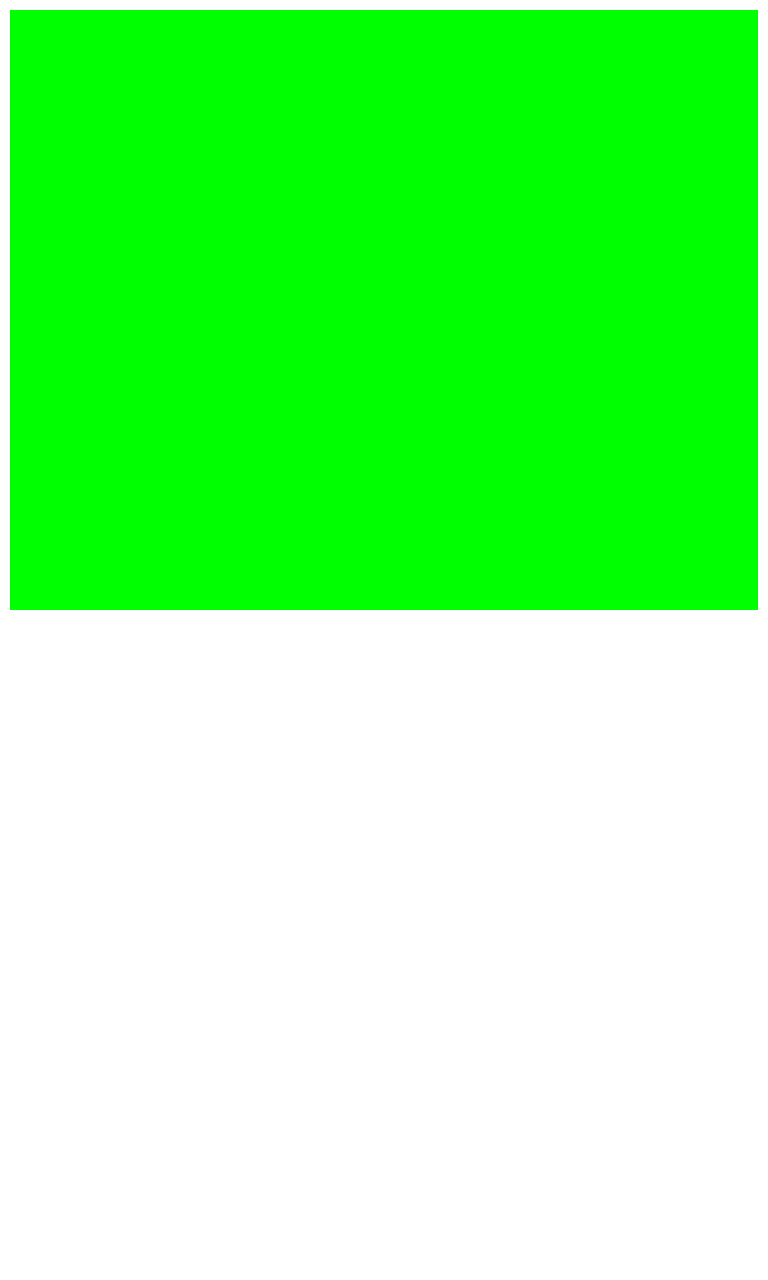
Repository: gyshankar/android
Layout: Test4/res/layout/activity_main.xml
The author's editor kept a copy of each file at every save. The layout is drawn from the files as they stood at one save, then again after the next save.
It is drawn on a 768 x 1280 px phone screen (xhdpi) without system bars, with theme AppTheme; the app's code is not run. Lists and similar views that code fills are empty.

Above is the layout before, as saved 2014-04-20 05:15:23.

After the next save:
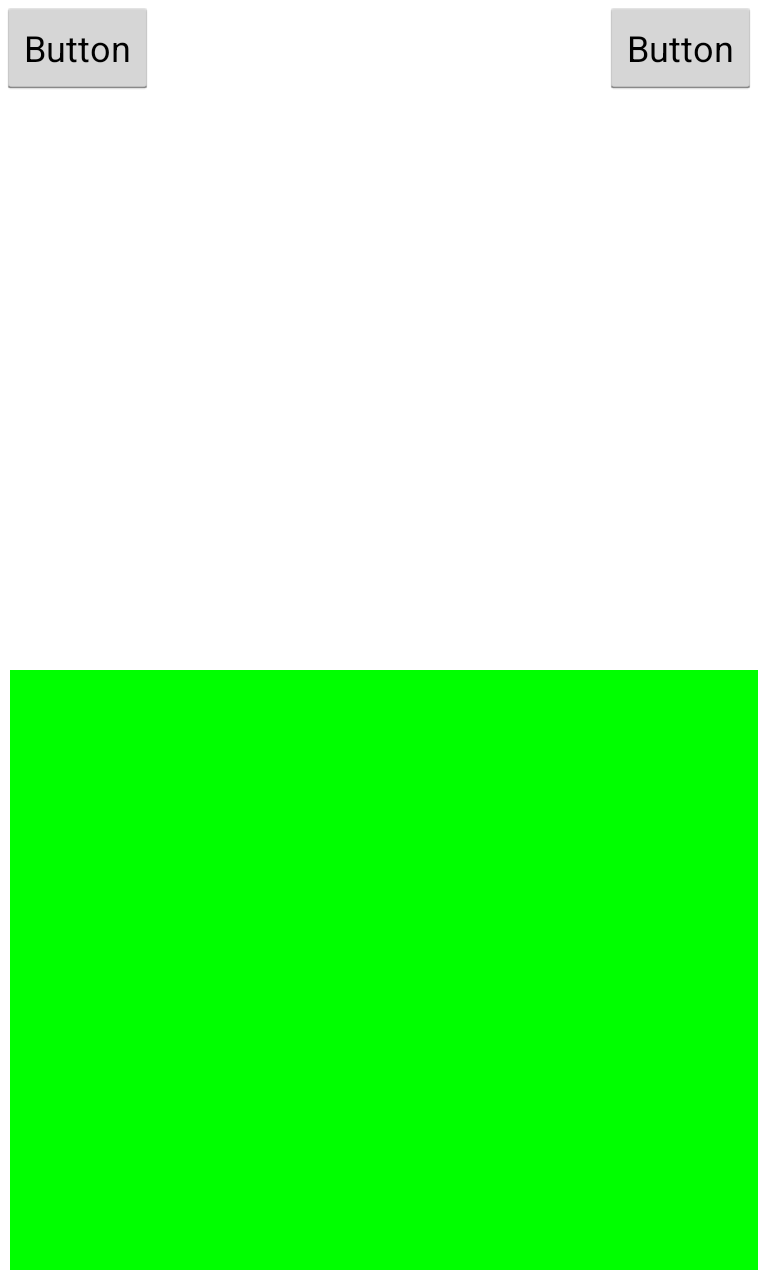
Saved 57 s later.
--- a/Test4/res/layout/activity_main.xml
+++ b/Test4/res/layout/activity_main.xml
@@ -4,18 +4,38 @@
     android:layout_width="match_parent"
     android:layout_height="match_parent"
     android:background="@color/white" >
+
 	<GridView
 	    android:id="@+id/gridView1"
-	    android:numColumns="9"
-	    android:gravity="center"
-	    android:columnWidth="20dp"
-	    android:background="@color/blue"
-	    android:stretchMode="columnWidth"
 	    android:layout_width="fill_parent"
 	    android:layout_height="300dp"
+	    android:layout_alignParentBottom="true"
+	    android:layout_centerHorizontal="true"
+	    android:layout_margin="5dp"
+	    android:layout_marginBottom="57dp"
+	    android:background="@color/blue"
+	    android:columnWidth="20dp"
+	    android:gravity="center"
 	    android:horizontalSpacing="5dp"
-	    android:verticalSpacing="5dp"
-	    android:layout_margin="5dp">
+	    android:numColumns="9"
+	    android:stretchMode="columnWidth"
+	    android:verticalSpacing="5dp" >
+	</GridView>
 
-	</GridView>
+	<Button
+	    android:id="@+id/button1"
+	    android:layout_width="wrap_content"
+	    android:layout_height="wrap_content"
+	    android:layout_alignParentTop="true"
+	    android:layout_alignRight="@+id/gridView1"
+	    android:text="Button" />
+
+	<Button
+	    android:id="@+id/button2"
+	    android:layout_width="wrap_content"
+	    android:layout_height="wrap_content"
+	    android:layout_alignParentLeft="true"
+	    android:layout_alignParentTop="true"
+	    android:text="Button" />
+
 </RelativeLayout>
